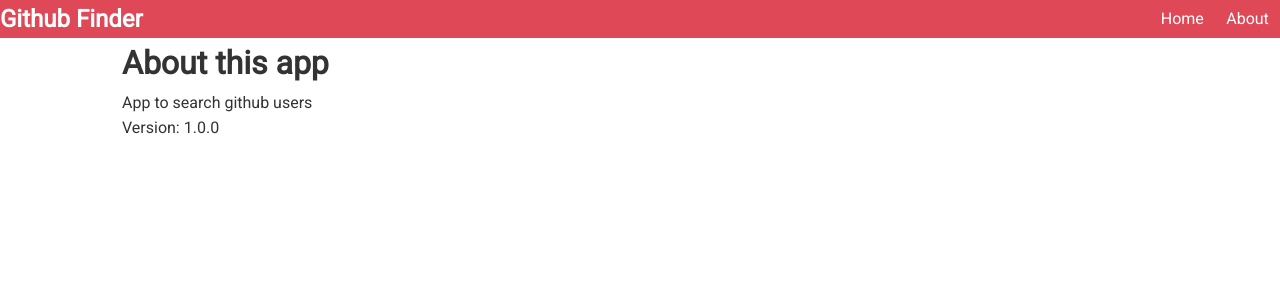
Repository: 7harshit20/github-users-finder
Page: /about
The author's editor kept a copy of each file at every save. The page is drawn from the files as they stood at one save, then again after the next save.
The browser window is 1280 px wide. The pictures show the whole page.
The project was rebuilt for these pictures with package versions that can differ from the ones it lists, and the page was loaded fresh each time. Also part of the build but not shown: src/component/users/UserItems.js, src/component/layout/Spinner.js, src/component/users/Users.js, src/component/users/Search.js, src/component/layout/Alert.js.

Above is the page before, as saved 2021-10-03 10:59:01.

### src/App.js
import React, { Component, Fragment } from 'react';
import { BrowserRouter as Router, Switch, Route } from 'react-router-dom';
import Navbar from './component/layout/Navbar';
import Users from './component/users/Users';
import Search from './component/users/Search';
import Alert from './component/layout/Alert';
import About from './component/pages/About';
import axios from 'axios';
import './App.css';

class App extends Component {
  state = {
    users: [],
    loading: false,
    alert: null
  }

  searchUsers = async (text) => {
    this.setState({ loading: true });

    // const res = await fetch(`http://api.github.com/search/users?q=${text}&client_id=${process.env.REACT_APP_GITHUB_CLIENT_ID}&client_secret=${process.env.REACT_APP_GITHUB_CLIENT_SECRET}`);
    // const data = await res.json();
    // this.setState({ users: data.items, loading: false });
    const res = await axios.get(`http://api.github.com/search/users?q=${text}&client_id=${process.env.REACT_APP_GITHUB_CLIENT_ID}&client_secret=${process.env.REACT_APP_GITHUB_CLIENT_SECRET}`);

    this.setState({ loading: false, users: res.data.items });
  };

  clearUsers = () => {
    this.setState({ users: [] })
  }

  setAlert = (message, background) => {
    this.setState({ alert: { msg: message, type: background } });
    setTimeout(() => this.setState({ alert: null }), 3000)
  }

  // async componentDidMount() {
  //   this.setState({ loading: true });

  //   const res = await fetch(`http://api.github.com/users?client_id=${process.env.REACT_APP_GITHUB_CLIENT_ID}&client_secret=${process.env.REACT_APP_GITHUB_CLIENT_SECRET}`);
  //   const data = await res.json();

  //   this.setState({ users: data, loading: false });
  // }



  render() {
    // const name = "Someone";
    // const load = false;
    // const showName = true;
    // if (!showName && !load) {
    //   return (
    //     <h1>Changes successful</h1>
    //   )
    // }
    // return (
    //   <div className="App" >
    //     {load ? <h4>Loading...</h4> : <h1>{name}'s Changes successful</h1>}
    //   </div>
    //   // <Fragment>
    //   //   <h1>Hello again</h1>
    //   // </Fragment>
    // );
    const { loading, users, alert } = this.state;
    const name = "Github Finder";

    return (
      <Router>
        <div className="App">
          <Navbar title={name} />
          <div className="container">
            <Alert alert={alert} />
            <Switch>
              <Route exact path='/' render={(props) => (
                <Fragment>
                  <Search
                    searchUsers={this.searchUsers}
                    clearUsers={this.clearUsers}
                    setAlert={this.setAlert}
                    showClear={users.length > 0 ? true : false}
                  />
                  <Users loading={loading} users={users} />
                </Fragment>
              )}
              />
              <Route
                exact path='/about'
                render={(props) => (
                  <About />
                )}
              />
            </Switch>
          </div>
        </div>
      </Router>
    );

  }
}

export default App;

### src/component/layout/Navbar.js
// import React, { Component } from 'react'
// import PropTypes from 'prop-types'

// export class Navbar extends Component {
//     static defaultProps = {
//         title: 'Github Finder'
//     }

//     static propTypes = {
//         title: PropTypes.string.isRequired
//     }

//     render() {
//         return (
//             <nav className='bg-primary'>
//                 <h1>{this.props.title}</h1>
//             </nav>
//         )
//     }
// }

// export default Navbar
import React from 'react'
import PropTypes from 'prop-types'
import { Link } from 'react-router-dom'

const Navbar = ({ title }) => {
    return (
        <nav className='navbar bg-primary'>
            <h1>
                {title}
            </h1>
            <ul>
                <li><Link to="/">Home</Link></li>
                <li><Link to="/about">About</Link></li>
            </ul>
        </nav>
    )
}
Navbar.defaultProps = {
    title: 'Github Finder'
}

Navbar.propTypes = {
    title: PropTypes.string.isRequired
}


export default Navbar

### src/component/pages/About.js
import React, { Fragment } from 'react'

export const About = () => {
    return (
        <Fragment>
            <h1>About this app</h1>
            <p>App to search github users</p>
            <p>Version: 1.0.0</p>
        </Fragment>
    )
}

export default About;

### src/App.css
@import url("https://fonts.googleapis.com/css?family=Roboto");

/* Global Styles */
:root {
  --primary-color: #dc3545;
  --dark-color: #333333;
  --light-color: #f4f4f4;
  --danger-color: #dc3545;
  --success-color: #28a745;
}

* {
  box-sizing: border-box;
  margin: 0;
  padding: 0;
}

body {
  font-family: "Roboto", sans-serif;
  font-size: 1rem;
  line-height: 1.6;
  background-color: #fff;
  color: #333;
}

a {
  color: var(--primary-color);
  text-decoration: none;
}

a:hover {
  color: #666;
}

ul {
  list-style: none;
}

img {
  width: 100%;
}

/* Utilities */
.container {
  max-width: 1100px;
  margin: auto;
  overflow: hidden;
  padding: 0 2rem;
}

/* Text Styles*/
.x-large {
  font-size: 4rem;
  line-height: 1.2;
  margin-bottom: 1rem;
}

.large {
  font-size: 3rem;
  line-height: 1.2;
  margin-bottom: 1rem;
}

.lead {
  font-size: 1.5rem;
  margin-bottom: 1rem;
}

.text-center {
  text-align: center;
}

.text-primary {
  color: var(--primary-color);
}

.text-dark {
  color: var(--dark-color);
}

.text-success {
  color: var(--success-color);
}

.text-danger {
  color: var(--danger-color);
}

.text-center {
  text-align: center;
}

.text-right {
  text-align: right;
}

.text-left {
  text-align: left;
}

/* Center All */
.all-center {
  display: flex;
  flex-direction: column;
  width: 100%;
  margin: auto;
  justify-content: center;
  align-items: center;
  text-align: center;
}

/* Cards */
.card {
  padding: 1rem;
  border: #ccc 1px dotted;
  margin: 0.7rem 0;
}

/* List */
.list {
  margin: 0.5rem 0;
}

.list li {
  padding-bottom: 0.3rem;
}

/* Padding */
.p {
  padding: 0.5rem;
}
.p-1 {
  padding: 1rem;
}
.p-2 {
  padding: 2rem;
}
.p-3 {
  padding: 3rem;
}
.py {
  padding: 0.5rem 0;
}
.py-1 {
  padding: 1rem 0;
}
.py-2 {
  padding: 2rem 0;
}
.py-3 {
  padding: 3rem 0;
}

/* Margin */
.m {
  margin: 0.5rem;
}
.m-1 {
  margin: 1rem;
}
.m-2 {
  margin: 2rem;
}
.m-3 {
  margin: 3rem;
}
.my {
  margin: 0.5rem 0;
}
.my-1 {
  margin: 1rem 0;
}
.my-2 {
  margin: 2rem 0;
}
.my-3 {
  margin: 3rem 0;
}

/* Grid */
.grid-2 {
  display: grid;
  grid-template-columns: repeat(2, 1fr);
  grid-gap: 1rem;
}

.grid-3 {
  display: grid;
  grid-template-columns: repeat(3, 1fr);
  grid-gap: 1rem;
}

.grid-4 {
  display: grid;
  grid-template-columns: repeat(4, 1fr);
  grid-gap: 1rem;
}

.btn {
  display: inline-block;
  background: var(--light-color);
  color: #333;
  padding: 0.4rem 1.3rem;
  font-size: 1rem;
  border: none;
  cursor: pointer;
  margin-right: 0.5rem;
  transition: opacity 0.2s ease-in;
  outline: none;
}

.btn-link {
  background: none;
  padding: 0;
  margin: 0;
}

.btn-block {
  display: block;
  width: 100%;
}

.btn-sm {
  font-size: 0.8rem;
  padding: 0.3rem 1rem;
  margin-right: 0.2rem;
}

.badge {
  display: inline-block;
  font-size: 0.8rem;
  padding: 0.2rem 0.7rem;
  text-align: center;
  margin: 0.3rem;
  background: var(--light-color);
  color: #333;
  border-radius: 5px;
}

.alert {
  padding: 0.7rem;
  margin: 1rem 0;
  opacity: 0.9;
  background: var(--light-color);
  color: #333;
}

.btn-primary,
.bg-primary,
.badge-primary,
.alert-primary {
  background: var(--primary-color);
  color: #fff;
}

.btn-light,
.bg-light,
.badge-light,
.alert-light {
  background: var(--light-color);
  color: #333;
}

.btn-dark,
.bg-dark,
.badge-dark,
.alert-dark {
  background: var(--dark-color);
  color: #fff;
}

.btn-danger,
.bg-danger,
.badge-danger,
.alert-danger {
  background: var(--danger-color);
  color: #fff;
}

.btn-success,
.bg-success,
.badge-success,
.alert-success {
  background: var(--success-color);
  color: #fff;
}

.btn-white,
.bg-white,
.badge-white,
.alert-white {
  background: #fff;
  color: #333;
  border: #ccc solid 1px;
}

.btn:hover {
  opacity: 0.8;
}

.bg-light,
.badge-light {
  border: #ccc solid 1px;
}

.round-img {
  border-radius: 50%;
}

/* Forms */
input {
  margin: 1.2rem 0;
}

.form-text {
  display: block;
  margin-top: 0.3rem;
  color: #888;
}

input[type="text"],
input[type="email"],
input[type="password"],
input[type="date"],
select,
textarea {
  display: block;
  width: 100%;
  padding: 0.4rem;
  font-size: 1.2rem;
  border: 1px solid #ccc;
}

input[type="submit"],
button {
  font: inherit;
}

table th,
table td {
  padding: 1rem;
  text-align: left;
}

table th {
  background: var(--light-color);
}

/* Navbar */
.navbar {
  display: flex;
  flex-direction: row;
  justify-content: space-between;
  align-items: center;
  /* padding: 0.7rem 2rem; */
  /* z-index: 1; */
  /* width: 100%; */
  opacity: 0.9;
  /* margin-bottom: 1rem; */
}

.navbar ul {
  display: flex;
}

.navbar a {
  color: #fff;
  padding: 0.45rem;
  margin: 0 0.25rem;
}

.navbar a:hover {
  color: var(--light-color);
}

.navbar .welcome span {
  margin-right: 0.6rem;
}

/* Mobile Styles */
@media (max-width: 700px) {
  .hide-sm {
    display: none;
  }

  .grid-2,
  .grid-3,
  .grid-4 {
    grid-template-columns: 1fr;
  }

  /* Text Styles */
  .x-large {
    font-size: 3rem;
  }

  .large {
    font-size: 2rem;
  }

  .lead {
    font-size: 1rem;
  }

  /* Navbar */
  .navbar {
    display: block;
    text-align: center;
  }

  .navbar ul {
    /* text-align: center; */
    justify-content: center;
  }
}

Loaded but not shown: src/index.js (common file); src/reportWebVitals.js (common file)

After the next save:
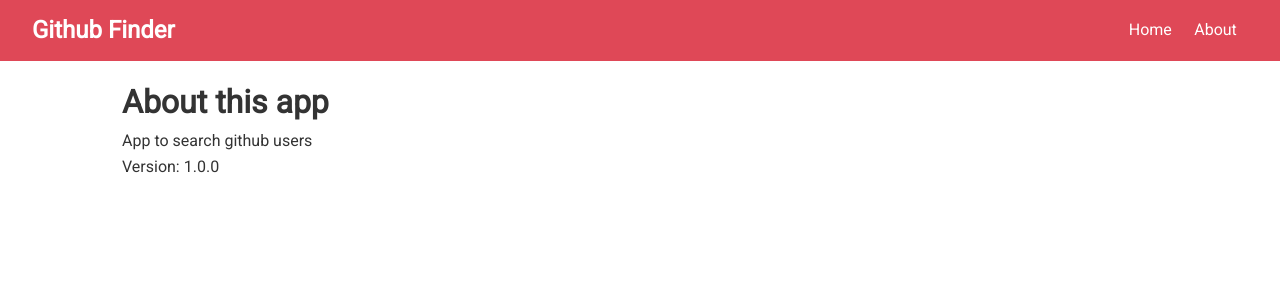
Saved 2 min 57 s later.
--- a/src/App.css
+++ b/src/App.css
@@ -352,11 +352,11 @@
   flex-direction: row;
   justify-content: space-between;
   align-items: center;
-  /* padding: 0.7rem 2rem; */
-  /* z-index: 1; */
-  /* width: 100%; */
+  padding: 0.7rem 2rem;
+  z-index: 1;
+  width: 100%;
   opacity: 0.9;
-  /* margin-bottom: 1rem; */
+  margin-bottom: 1rem;
 }
 
 .navbar ul {
